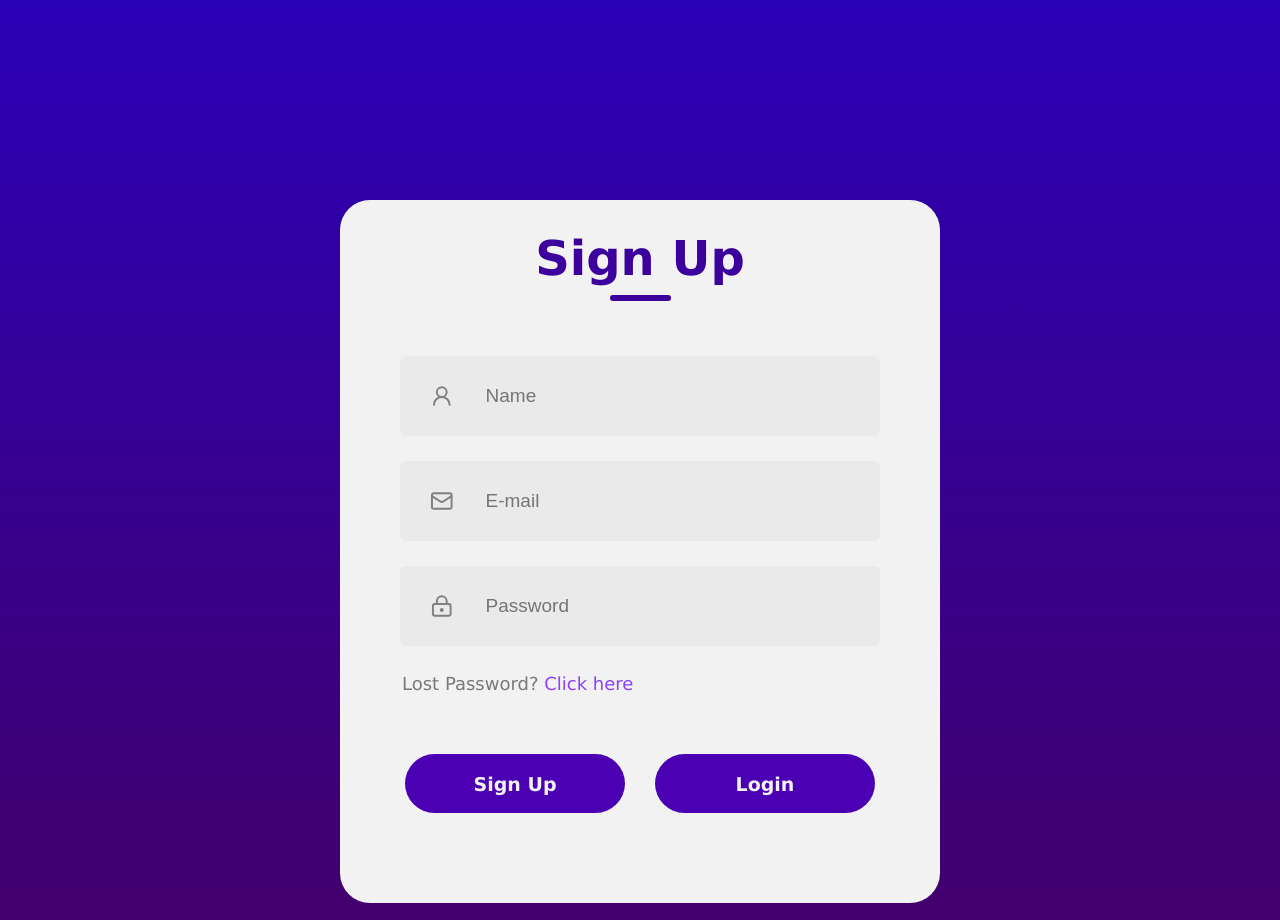
Repository: guilhermecardoso93/login-page
Page: /
The author's editor kept a copy of each file at every save. The page is drawn from the files as they stood at one save, then again after the next save.
The browser window is 1280 px wide. The pictures show the whole page.
The project was rebuilt for these pictures with package versions that can differ from the ones it lists, and the page was loaded fresh each time. Also part of the build but not shown: vite.config.js.

Above is the page before, as saved 2024-10-22 19:41:17.

### index.html
<!doctype html>
<html lang="en">
  <head>
    <meta charset="UTF-8" />
    <link rel="icon" type="image/svg+xml" href="" />
    <meta name="viewport" content="width=device-width, initial-scale=1.0" />
    <title>Login | SignUp</title>
  </head>
  <body>
    <div id="root"></div>
    <script type="module" src="/src/main.jsx"></script>
  </body>
</html>

### src/App.jsx
import { Login } from "./components/Login/Login";

export default function App() {
  return (
    <>
      <Login />
    </>
  );
}

### src/index.css
body {
  margin: 0;
  font-family: 'Lucida Sans', 'Lucida Sans Regular', 'Lucida Grande', 'Lucida Sans Unicode', Geneva, Verdana, sans-serif;
  -webkit-font-smoothing: antialiased;
  -moz-osx-font-smoothing: grayscale;
  height: 100vh;
  background: linear-gradient(#2A00B7, #42006c);
}

code {
  font-family: source-code-pro, Menlo, Monaco, Consolas, "Courier New", monospace;
}

### src/components/Login/Login.jsx
import { UserRound, Mail, LockKeyhole } from "lucide-react";
import "./Login.css";
import { useState } from "react";

export const Login = () => {
  const [action, setAction] = useState("Sign Up");

  return (
    <div className="container">
      <header>
        <span>{action}</span>
        <div className="underline"></div>
      </header>{" "}
      <div className="inputs">
        <div className="input">
          <UserRound color="gray" size={24} className="icon" />
          <input type="text" placeholder="Name" />
        </div>

        <div className="input">
          <Mail color="gray" size={24} className="icon" />
          <input type="email" placeholder="E-mail" />
        </div>

        <div className="input">
          <LockKeyhole color="gray" size={24} className="icon" />
          <input type="password" placeholder="Password" />
        </div>
      </div>
      <div className="forgot-password">
        Lost Password? <span>Click here</span>
      </div>
      <div className="submit-container">
        <div className={action === "Login" ? "submit gray" : "submit"}>
          Sign Up
        </div>
        <div className={action === "Sign Up" ? "submit gray" : "submit"}>
          Login
        </div>
      </div>
    </div>
  );
};

### src/components/Login/Login.css
.container {
  display: flex;
  flex-direction: column;
  margin: auto;
  margin-top: 200px;
  width: 600px;
  padding-bottom: 30px;
  border-radius: 30px;
  background: #f2f2f2;
}

header {
  display: flex;
  flex-direction: column;
  align-items: center;
  gap: 9px;
  width: 100%;
  margin-top: 30px;
}

header span {
  color: #3c009d;
  font-size: 48px;
  font-weight: 700;
}

.underline {
  width: 61px;
  height: 6px;
  background-color: #3c009d;
  border-radius: 9px;
}

.inputs {
  margin-top: 55px;
  display: flex;
  flex-direction: column;
  gap: 25px;
}

.input {
  display: flex;
  align-items: center;
  justify-content: center;
  margin: auto;
  width: 480px;
  height: 80px;
  background-color: #eaeaea;
  border-radius: 6px;
}

.input .icon {
  margin: 0px 30px;
}

.input input {
  height: 50px;
  width: 400px;
  background: transparent;
  border: none;
  outline: none;
  color: #797979;
  font-size: 19px;
}

.forgot-password {
  padding-left: 62px;
  margin-top: 27px;
  color: #797979;
  font-size: 18px;
}

.forgot-password span {
  color: #8e41fa;
  cursor: pointer;
}

.forgot-password span:hover {
  color: #3c009d;
}

.submit-container {
  display: flex;
  gap: 30px;
  margin: 60px auto;
}

.submit, .login {
  display: flex;
  justify-content: center;
  align-items: center;
  width: 220px;
  height: 59px;
  color: #f2f2f2;
  background-color: #4c00b4;
  border-radius: 50px;
  font-size: 19px;
  font-weight: 700;
  cursor: pointer;
}

;

.gray {
  background-color: #eaeaea;
  color: #676767;
}

.submit:hover, .login:hover {
  background-color: #8e41fa;
}

Loaded but not shown: src/main.jsx (common file)

After the next save:
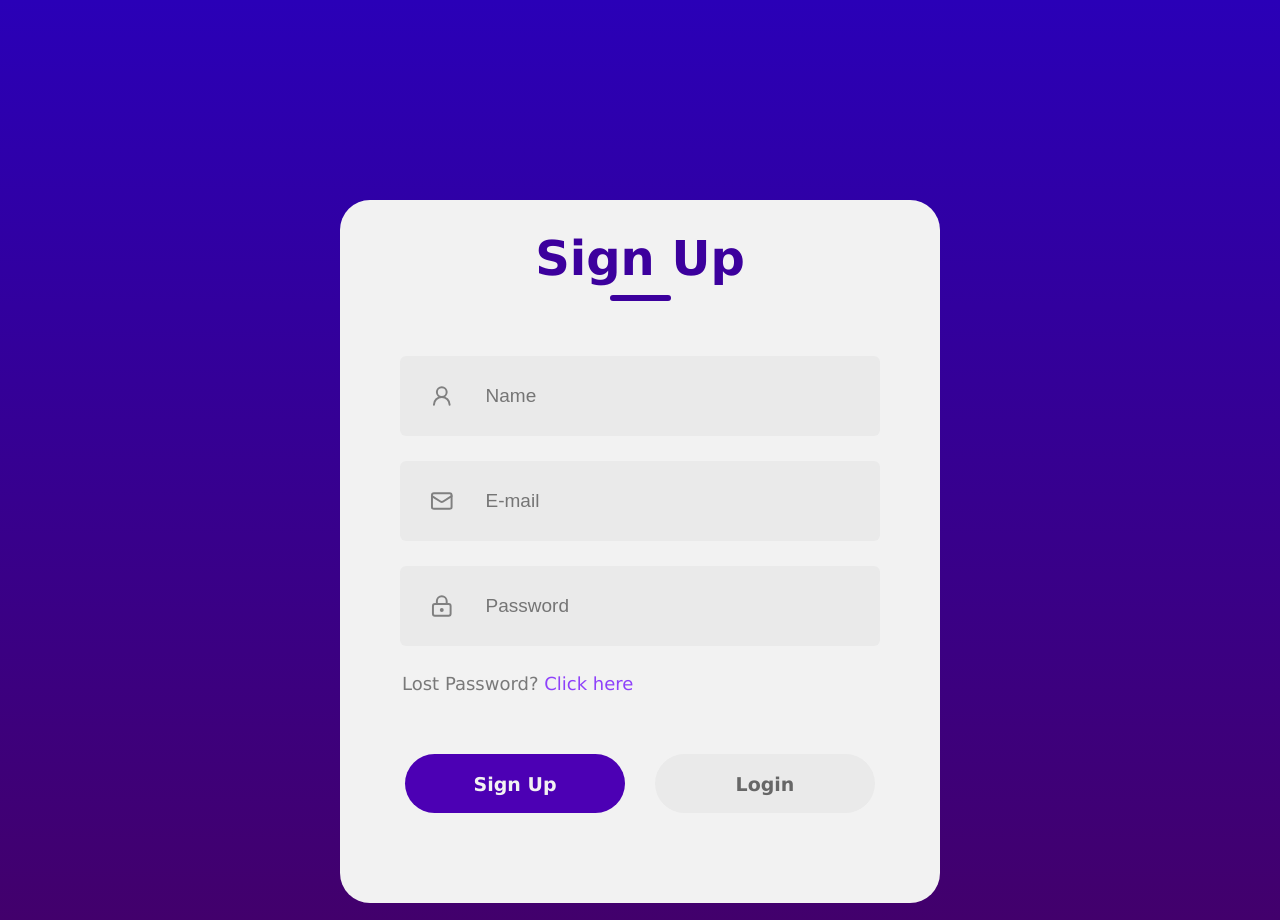
Saved 5 s later.
--- a/src/components/Login/Login.css
+++ b/src/components/Login/Login.css
@@ -99,7 +99,6 @@ header span {
   cursor: pointer;
 }
 
-;
 
 .gray {
   background-color: #eaeaea;
